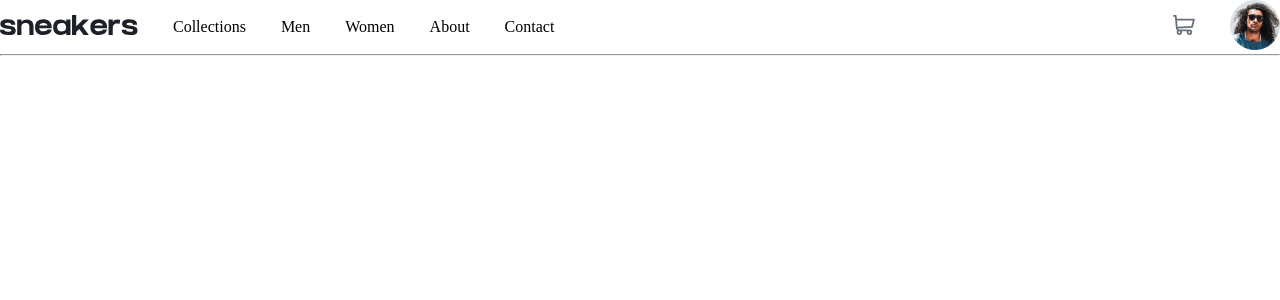
Repository: DevLaukey/ecommerce-design
Page: index.html
The author's editor kept a copy of each file at every save. The page is drawn from the files as they stood at one save, then again after the next save.
The browser window is 1280 px wide. The pictures show the whole page.

Above is the page before, as saved 2022-05-15 16:54:39.

### index.html
<!DOCTYPE html>
<html lang="en">
  <head>
    <meta charset="UTF-8" />
    <meta http-equiv="X-UA-Compatible" content="IE=edge" />
    <meta name="viewport" content="width=device-width, initial-scale=1.0" />
    <title>Document</title>
    <link rel="stylesheet" href="./css/style.css" type="text/css" />
  </head>
  <body>
    <div class="nav">
      <div class="logo">
        <svg width="138" height="20" xmlns="http://www.w3.org/2000/svg">
          <path
            d="M8.217 20c4.761 0 7.519-.753 7.519-4.606 0-3.4-3.38-4.172-6.66-4.682l-.56-.085-.279-.041-.35-.053c-2.7-.405-3.18-.788-3.18-1.471 0-.478.49-1.331 2.843-1.331 2.455 0 3.493.647 3.493 1.87v.134h4.281v-.133c0-2.389-1.35-5.238-7.774-5.238-5.952 0-7.201 2.584-7.201 4.752 0 3.097 2.763 4.086 7.223 4.675.21.028.433.054.659.081 1.669.197 3.172.42 3.172 1.585 0 1.01-1.615 1.222-3.298 1.222-2.797 0-3.784-.593-3.784-1.92v-.134H.002L0 14.926v.317c.008.79.118 1.913 1.057 2.862C2.303 19.362 4.712 20 8.217 20Zm13.21 0v-7.49c0-2.104.547-4.423 4.176-4.423 3.915 0 3.778 2.777 3.768 4.042V20h4.18v-7.768c0-2.264-.176-7.766-6.732-7.766-2.778 0-4.192.911-5.195 2.28h-.197V4.467H17.22V20h4.207Zm21.959 0c5.094 0 7.787-2.07 8.217-5.405H47.53c-.386 1.02-1.63 1.72-4.143 1.72-2.721 0-3.962-1.03-4.25-3.106h12.527c.24-2.13-.029-5.417-3.026-7.44v.005c-1.312-.915-3.056-1.465-5.251-1.465-5.24 0-8.336 2.772-8.336 7.845 0 5.17 3.02 7.846 8.336 7.846Zm4.099-9.574h-8.188c.486-1.574 1.764-2.431 4.089-2.431 2.994 0 3.755 1.267 4.099 2.431ZM70.499 20V4.457H66.29V6.74h-.176c-1.053-1.377-2.809-2.283-5.677-2.283-6.433 0-7.225 5.293-7.253 7.635v.137c0 2.092.732 7.771 7.241 7.771 2.914 0 4.684-.818 5.734-2.169h.131V20H70.5Zm-8.854-3.623c-3.996 0-4.447-3.032-4.447-4.148 0-1.21.426-4.148 4.455-4.148 3.631 0 4.374 2.044 4.374 4.148 0 2.35-.742 4.148-4.382 4.148ZM88.826 20l-6.529-9.045 6.588-6.488h-5.827l-6.836 6.756V0h-4.187v19.954h4.187V16.94l3.02-2.976L83.6 20h5.226Zm9.9 0c5.094 0 7.786-2.07 8.217-5.405h-4.074c-.387 1.02-1.63 1.72-4.143 1.72-2.721 0-3.962-1.03-4.25-3.106h12.527c.24-2.13-.029-5.417-3.026-7.44v.005c-1.312-.915-3.057-1.465-5.251-1.465-5.24 0-8.336 2.772-8.336 7.845 0 5.17 3.02 7.846 8.336 7.846Zm4.098-9.574h-8.187c.485-1.574 1.763-2.431 4.089-2.431 2.994 0 3.755 1.267 4.098 2.431ZM112.76 20v-6.97c0-2.103.931-4.542 4.05-4.542 1.33 0 2.393.236 2.785.346l.67-3.976c-.728-.16-1.626-.392-2.757-.392-2.665 0-3.622.794-4.486 2.282h-.262V4.466h-4.21V20h4.21Zm17.221 0c4.761 0 7.519-.753 7.519-4.606 0-3.4-3.38-4.172-6.66-4.682l-.56-.085-.279-.041-.349-.053c-2.701-.405-3.181-.788-3.181-1.471 0-.478.49-1.331 2.843-1.331 2.455 0 3.493.647 3.493 1.87v.134h4.282v-.133c0-2.389-1.35-5.238-7.775-5.238-5.952 0-7.201 2.584-7.201 4.752 0 3.097 2.763 4.086 7.224 4.675.21.028.432.054.658.081 1.669.197 3.172.42 3.172 1.585 0 1.01-1.615 1.222-3.298 1.222-2.796 0-3.784-.593-3.784-1.92v-.134h-4.319l-.001.301v.317c.008.79.117 1.913 1.056 2.862 1.246 1.257 3.655 1.895 7.16 1.895Z"
            fill="#1D2026"
            fill-rule="nonzero"
          />
        </svg>
      </div>
      <nav>
        <div class="nav-menu">
          <p class="options">Collections</p>
          <p class="options">Men</p>
          <p class="options">Women</p>
          <p class="options">About</p>
          <p class="options">Contact</p>
        </div>
        <div class="nav-icons">
          <div class="icon">
            <svg width="22" height="20" xmlns="http://www.w3.org/2000/svg">
              <path
                d="M20.925 3.641H3.863L3.61.816A.896.896 0 0 0 2.717 0H.897a.896.896 0 1 0 0 1.792h1l1.031 11.483c.073.828.52 1.726 1.291 2.336C2.83 17.385 4.099 20 6.359 20c1.875 0 3.197-1.87 2.554-3.642h4.905c-.642 1.77.677 3.642 2.555 3.642a2.72 2.72 0 0 0 2.717-2.717 2.72 2.72 0 0 0-2.717-2.717H6.365c-.681 0-1.274-.41-1.53-1.009l14.321-.842a.896.896 0 0 0 .817-.677l1.821-7.283a.897.897 0 0 0-.87-1.114ZM6.358 18.208a.926.926 0 0 1 0-1.85.926.926 0 0 1 0 1.85Zm10.015 0a.926.926 0 0 1 0-1.85.926.926 0 0 1 0 1.85Zm2.021-7.243-13.8.81-.57-6.341h15.753l-1.383 5.53Z"
                fill="#69707D"
                fill-rule="nonzero"
              />
            </svg>
          </div>
          <div class="avatar">
            <img height="50px" src="./assets/image-avatar.png" alt="" />
          </div>
        </div>
      </nav>
    </div>
    <hr />
  </body>
</html>

### css/style.css
* {
  margin: 0;
  padding: 0;
  box-sizing: border-box;
}
.nav {
  display: flex;
  align-items: center;
}
nav {
  width: 100%;
  display: flex;
  align-items: center;
  justify-content: space-between;
}
.nav-menu {
  display: flex;
  margin-left: 35px;
  flex-direction: row;
}
.options {
  margin-right: 35px;
}
.nav-icons {
  display: flex;
  align-items: center;
}
.avatar {
  margin-left: 35px;
}

After the next save:
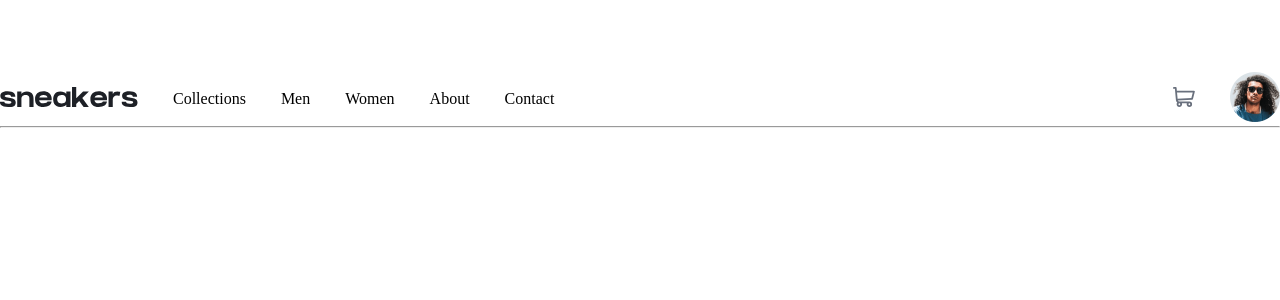
Saved 10 s later.
--- a/css/style.css
+++ b/css/style.css
@@ -5,6 +5,7 @@
 }
 .nav {
   display: flex;
+  padding-top: 10vh;
   align-items: center;
 }
 nav {
